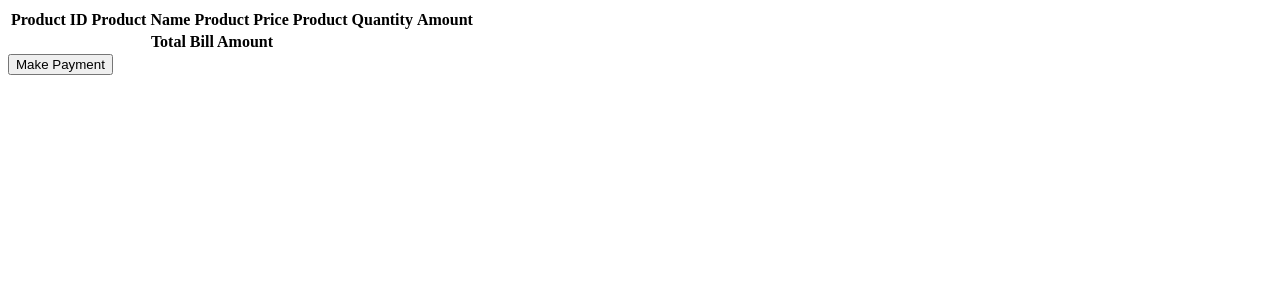
Repository: devgpta19/CDAC-Assignments
Page: http://localhost/ProductsAndUsersUsingJSPAndServlet/showProduct.jsp
These files come from the project's save history. The page is drawn as it stood at one moment and after the next save; the edit follows.
The browser window is 1280 px wide. The pictures show the whole page.
The page is served by Tomcat 9. Other server files are loaded and not shown.

Above is the page before, as saved 2025-11-27 05:27:32.

### Adv.Java/Day6-8/ProductsAndUsersUsingJSPAndServlet/src/main/webapp/showProduct.jsp
<%@ page language="java" contentType="text/html; charset=ISO-8859-1"
	pageEncoding="ISO-8859-1"%>
<%@taglib prefix="c" uri="http://java.sun.com/jsp/jstl/core"%>

<!DOCTYPE html>
<html>
<head>
<meta charset="ISO-8859-1">
<title>Insert title here</title>
</head>
<body>
	<%
	double tamt = 0;
	%>
	<form action="showCart.jsp">
		<table>
			<tr>
				<th>Product ID</th>
				<th>Product Name</th>
				<th>Product Price</th>
				<th>Product Quantity</th>
				<th>Amount</th>
			</tr>
			<c:forEach var="set" items="${ResultSet}">
				<tr>
					<c:set var="amt" value="${set.qty}*${set.price}"></c:set>
					<c:set var="tamt" value="${tamt}+${amt}"></c:set>
					<td>${set.pid}</td>
					<td>${set.pname}</td>
					<td>${set.price}</td>
					<td>${set.qty}</td>
					<td>${amt}</td>
				</tr>
			</c:forEach>
			<tr>
			<th colspan='4'>Total Bill Amount</th>
			<th>${tamt}</th>
			</tr>
		</table>

		<button  >Make Payment</button>
	</form>
</body>
</html>

After the next save:
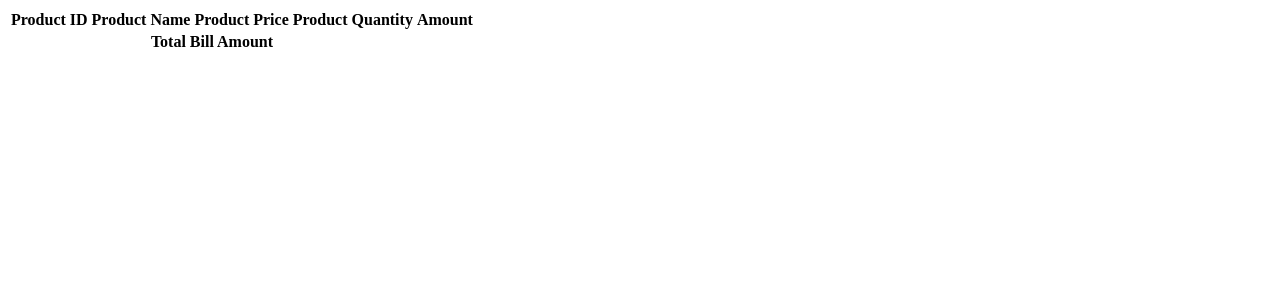
Saved 31 s later.
--- a/Adv.Java/Day6-8/ProductsAndUsersUsingJSPAndServlet/src/main/webapp/showProduct.jsp
+++ b/Adv.Java/Day6-8/ProductsAndUsersUsingJSPAndServlet/src/main/webapp/showProduct.jsp
@@ -38,7 +38,7 @@
 			</tr>
 		</table>
 
-		<button  >Make Payment</button>
+		<button type="submit >Make Payment</button>
 	</form>
 </body>
 </html>

After the save that followed:
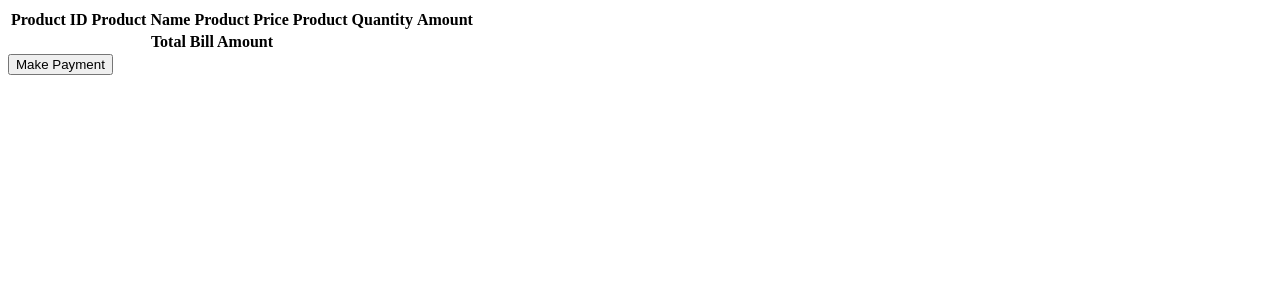
Saved 2 s later.
--- a/Adv.Java/Day6-8/ProductsAndUsersUsingJSPAndServlet/src/main/webapp/showProduct.jsp
+++ b/Adv.Java/Day6-8/ProductsAndUsersUsingJSPAndServlet/src/main/webapp/showProduct.jsp
@@ -38,7 +38,7 @@
 			</tr>
 		</table>
 
-		<button type="submit >Make Payment</button>
+		<button type="submit"  >Make Payment</button>
 	</form>
 </body>
 </html>
